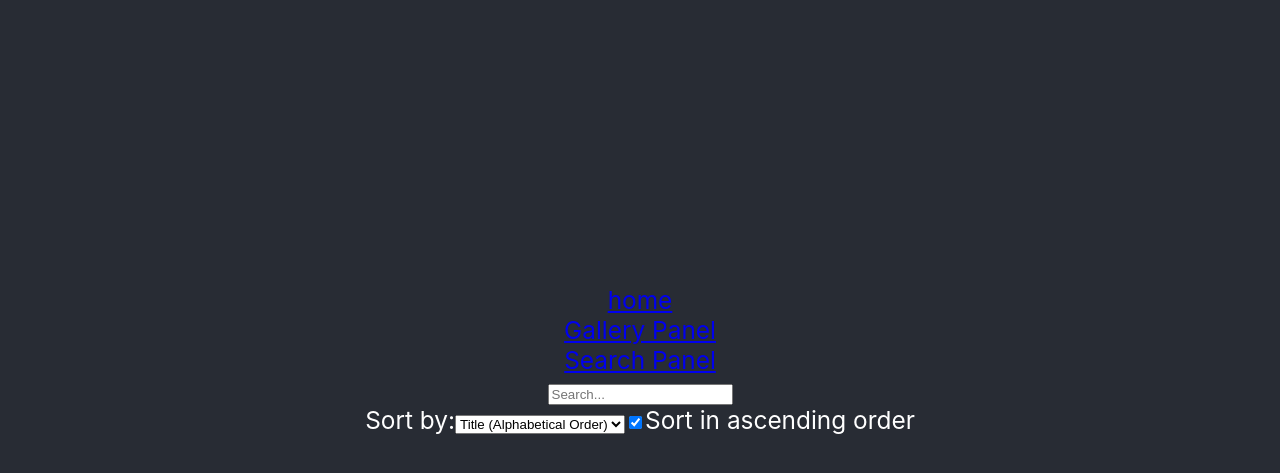
Repository: ZhengyuLi0929/ArtMuseum_ArtIC
Page: /list
These files come from the project's save history. The page is drawn as it stood at one moment and after the next save; the edit follows.
The browser window is 1280 px wide. The pictures show the whole page.
The project was rebuilt for these pictures with package versions that can differ from the ones it lists, and the page was loaded fresh each time. Also part of the build but not shown: src/home.tsx, src/gallery.tsx.

Above is the page before, as saved 2023-01-11 02:22:07.

After the next save:
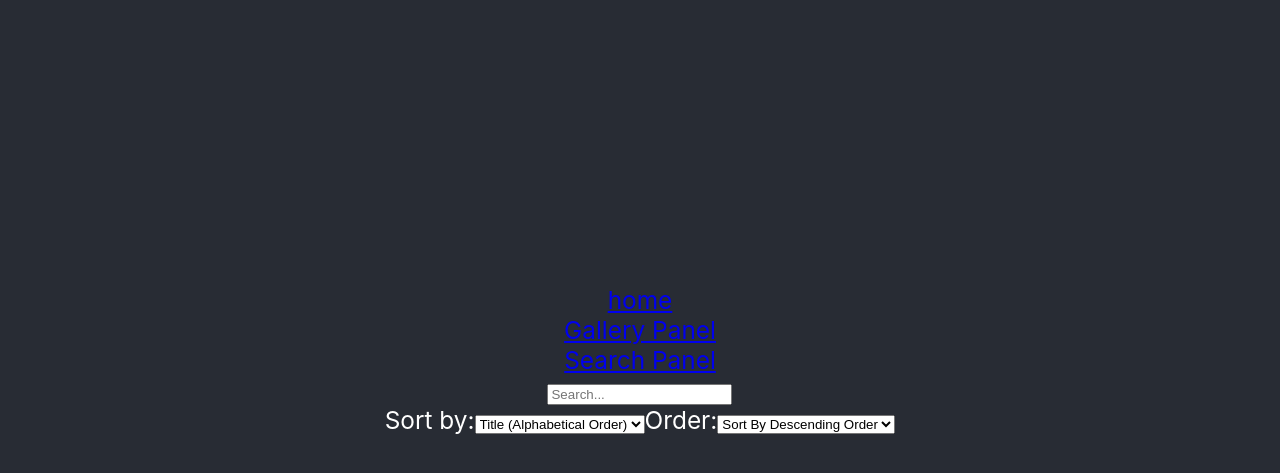
Saved 4 min 34 s later.
--- a/src/list.tsx
+++ b/src/list.tsx
@@ -16,7 +16,7 @@ interface State {
   searchResults: Image[];
 //   sorted: Image[];
   sortBy: 'title' | 'id';
-  isAscending: boolean;
+  isAscending: 'false' | 'true';
 }
 
 const api = axios.create({ baseURL: 'https://api.artic.edu/api/v1/' });
@@ -29,7 +29,7 @@ class ListView extends React.Component<{}, State> {
       searchResults: [],
     //   sorted: [],
       sortBy: 'title',
-      isAscending: true,
+      isAscending: 'false',
     };
   }
 
@@ -38,8 +38,8 @@ class ListView extends React.Component<{}, State> {
     this.sortSearchResults();
   }
 
-  handleSortOrderChange = () => {
-    this.setState({ isAscending: !this.state.isAscending });
+  handleSortOrderChange = (event: React.ChangeEvent<HTMLSelectElement>) => {
+    this.setState({ isAscending: event.target.value as 'false' | 'true' });
     this.sortSearchResults();
   }
 
@@ -66,14 +66,14 @@ class ListView extends React.Component<{}, State> {
     const { searchResults, sortBy, isAscending } = this.state;
     let sortedSearchResults = [...searchResults];
     if (sortBy === 'title') {
-        if (isAscending) {
+        if (isAscending === 'true') {
             sortedSearchResults.sort((a: Image, b: Image) => (a.title > b.title) ? 1 : -1);
         }
         else{
             sortedSearchResults.sort((a: Image, b: Image) => (a.title > b.title) ? -1 : 1);
         }
     } else {
-        if (isAscending) {
+        if (isAscending === 'true') {
             sortedSearchResults.sort((a: Image, b: Image) => (a.id > b.id) ? 1 : -1);
         }
         else{
@@ -123,13 +123,12 @@ class ListView extends React.Component<{}, State> {
             </select>
           </label>
           <label>
-                <input
-                  type="checkbox"
-                  checked={this.state.isAscending}
-                  onChange={this.handleSortOrderChange}
-                />
-                Sort in ascending order
-              </label>
+            Order:
+            <select value={this.state.sortBy} onChange={this.handleSortOrderChange}>
+              <option value= 'false'>Sort By Descending Order </option>
+              <option value= "true"> Sort By Ascending Order </option>
+            </select>
+          </label>
         </div>
         <div>
           {this.state.searchResults.map((result, index) => (
